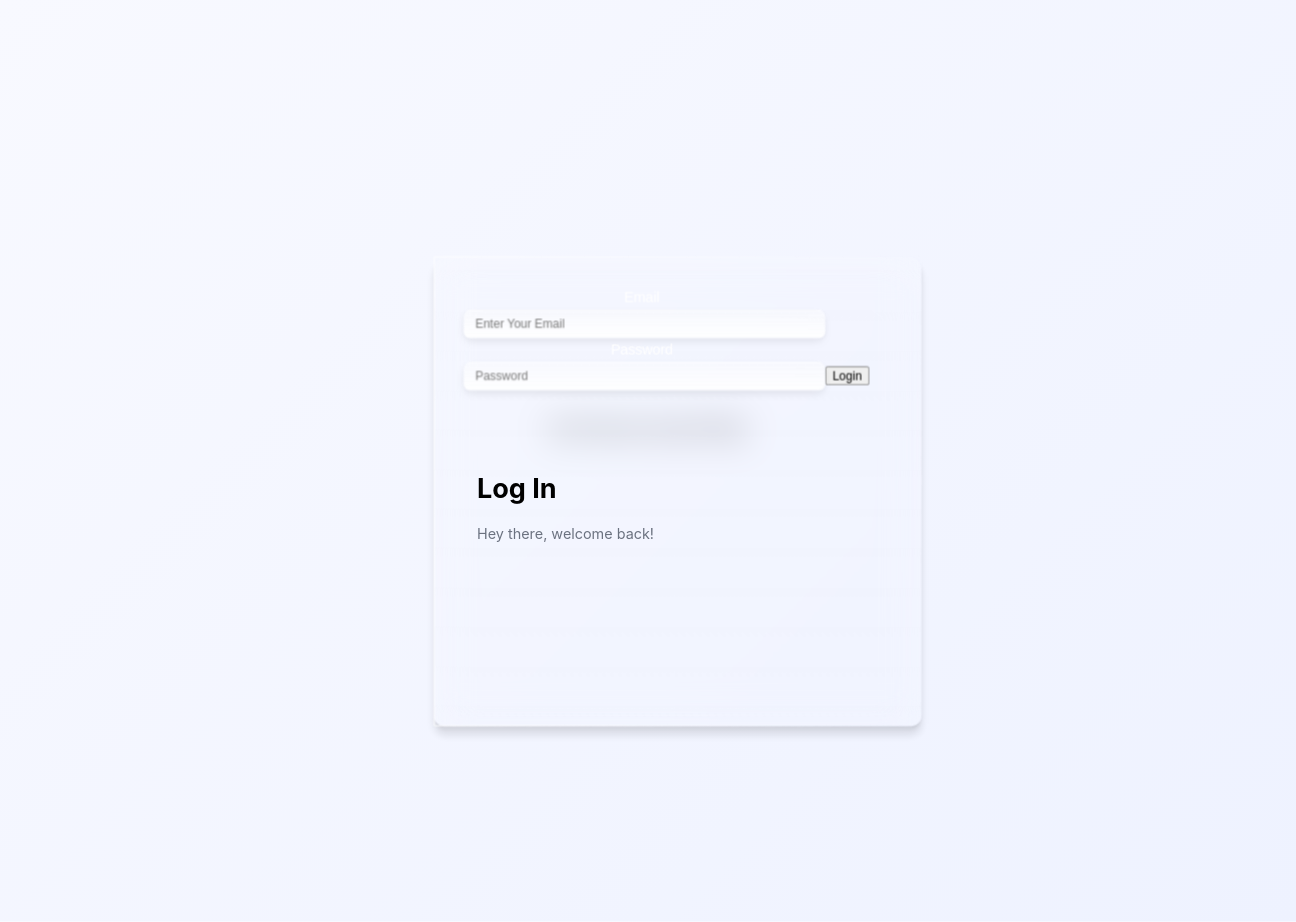
Repository: AfifaNoor/Admin_Panel-React-
Page: /sign-up
These files come from the project's save history. The page is drawn as it stood at one moment and after the next save; the edit follows.
The browser window is 1280 px wide. The page is 1440 px wide, so the pictures cover 1440 px, including what lies to the right of the window. The pictures show the whole page, at 90% of full size.
The project was rebuilt for these pictures with package versions that can differ from the ones it lists, and the page was loaded fresh each time. Also part of the build but not shown: src/SignUp.jsx.

Above is the page before, as saved 2025-07-10 16:08:31.

After the next save:
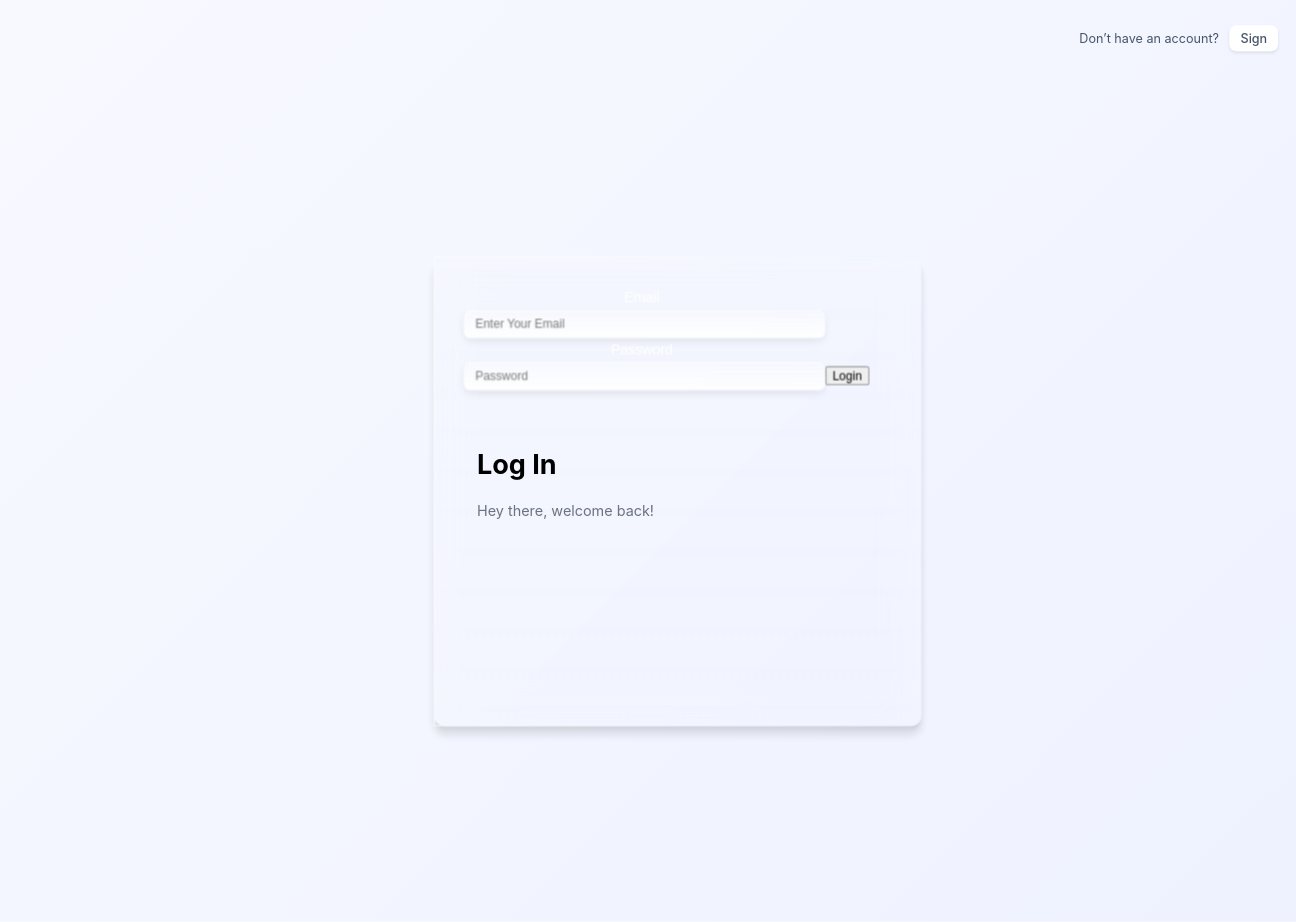
Saved 54 s later.
--- a/src/LoginPage.css
+++ b/src/LoginPage.css
@@ -14,6 +14,29 @@
 
 
 }
+.signup-redirect {
+  position: absolute;
+  top: 20px;
+  right: 20px;
+  font-size: 14px;
+  color: #475569;
+}
+
+.signup-link {
+  background: #ffffff;
+  border-radius: 8px;
+  padding: 6px 12px;
+  margin-left: 8px;
+  box-shadow: 0 2px 4px rgba(0,0,0,0.1);
+  cursor: pointer;
+  font-weight: 500;
+  transition: all 0.3s ease;
+}
+
+.signup-link:hover {
+  background: #f0f0f0;
+}
+
 
 
 .title{
